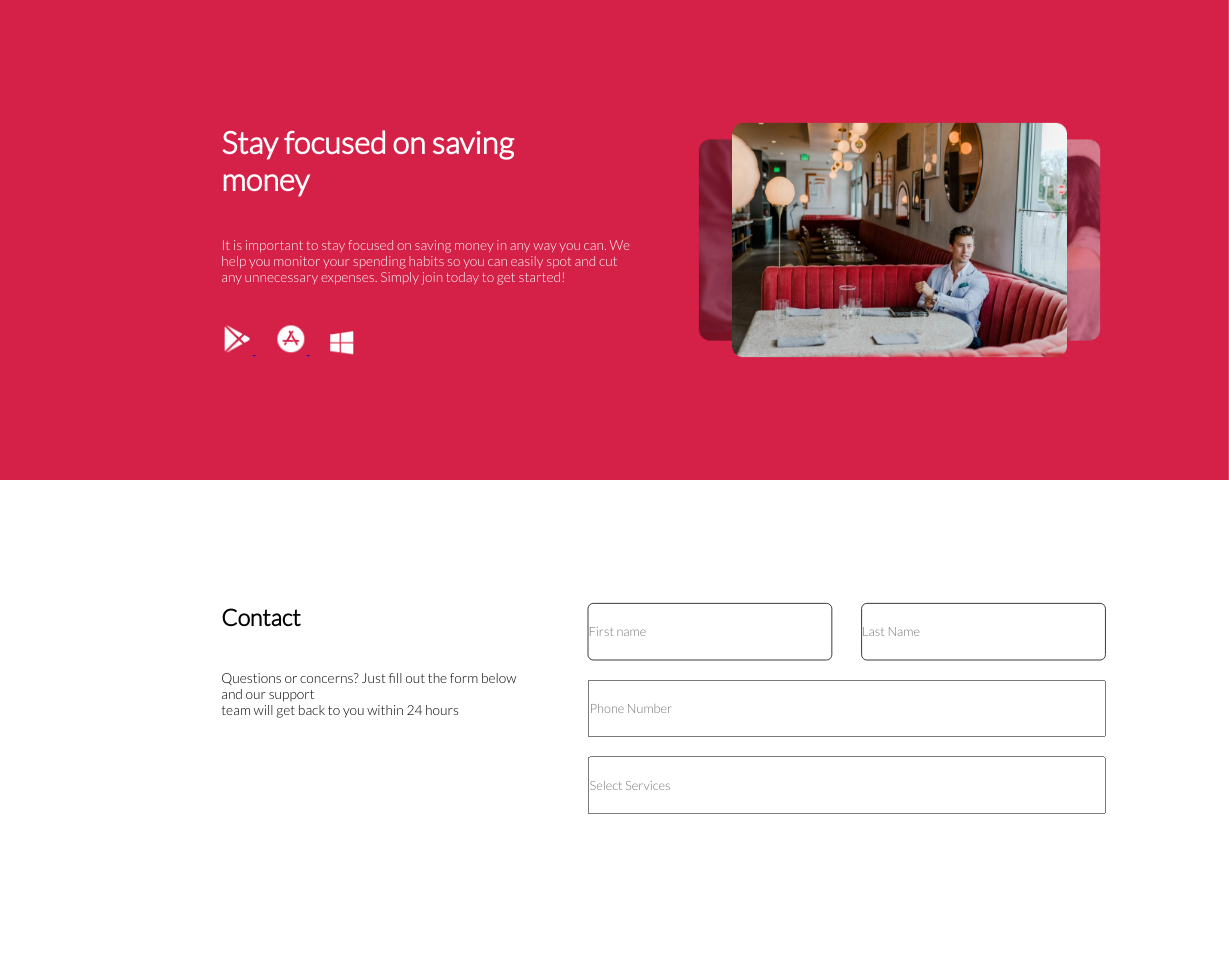
Repository: batonAnton/Cursor_lecture4
Page: index.html
An editor plug-in stored every save of this project. The page is shown before and after the next save, followed by the edit.
The browser window is 1280 px wide. The pictures show the whole page, at 96% of full size.

Above is the page before, as saved 2022-06-09 14:21:42.

After the next save:
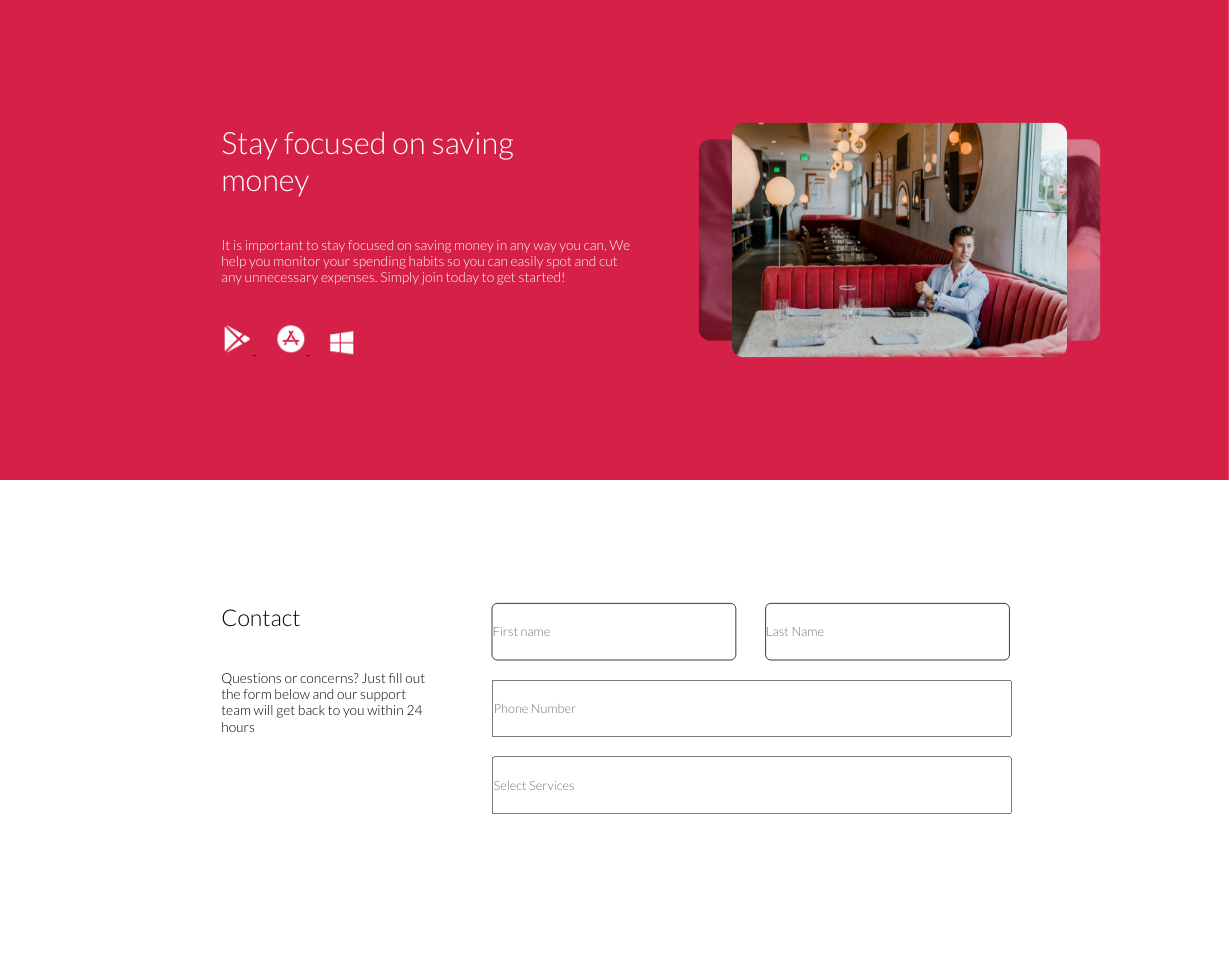
Saved 5 min 21 s later.
--- a/css/style.css
+++ b/css/style.css
@@ -1,5 +1,6 @@
 * {
   font-family: "Lato", sans-serif;
+  font-weight: 400;
   margin: 0;
   padding: 0;
   box-sizing: border-box;
@@ -50,32 +51,47 @@ section .info-box {
   width: 80%;
 }
 
-
-#fname, #lname{
-    width: 255px;
-    height: 60px;
-    border: 1px solid #333333;
-    border-radius: 6px;
+#fname,
+#lname {
+  width: 255px;
+  height: 60px;
+  border: 1px solid #333333;
+  border-radius: 6px;
 }
 
-#dropdown, #number{
+#dropdown,
+#number {
   display: block;
 }
 
 .input-fields input {
-  width: 540px;
+  width: 95%;
   height: 60px;
 }
 
 form div {
-  display:inline-flex;
+  display: inline-flex;
 }
-form input{
+form input {
   margin-left: 30px;
   margin-bottom: 20px;
   /* margin: 0px 0px 30px 10px; */
 }
 
-input placeholder{
+input placeholder {
   margin-left: 31px;
 }
+
+.input-fields {
+  margin-right: 100px;
+}
+
+button{
+  background-color: #ED4C5C;
+  color: #ffffff;
+  width: 160px;
+  height: 50px;
+  border: 1.5px solid #ED4C5C;
+  border-radius: 6px;
+  text-transform: uppercase;
+}
